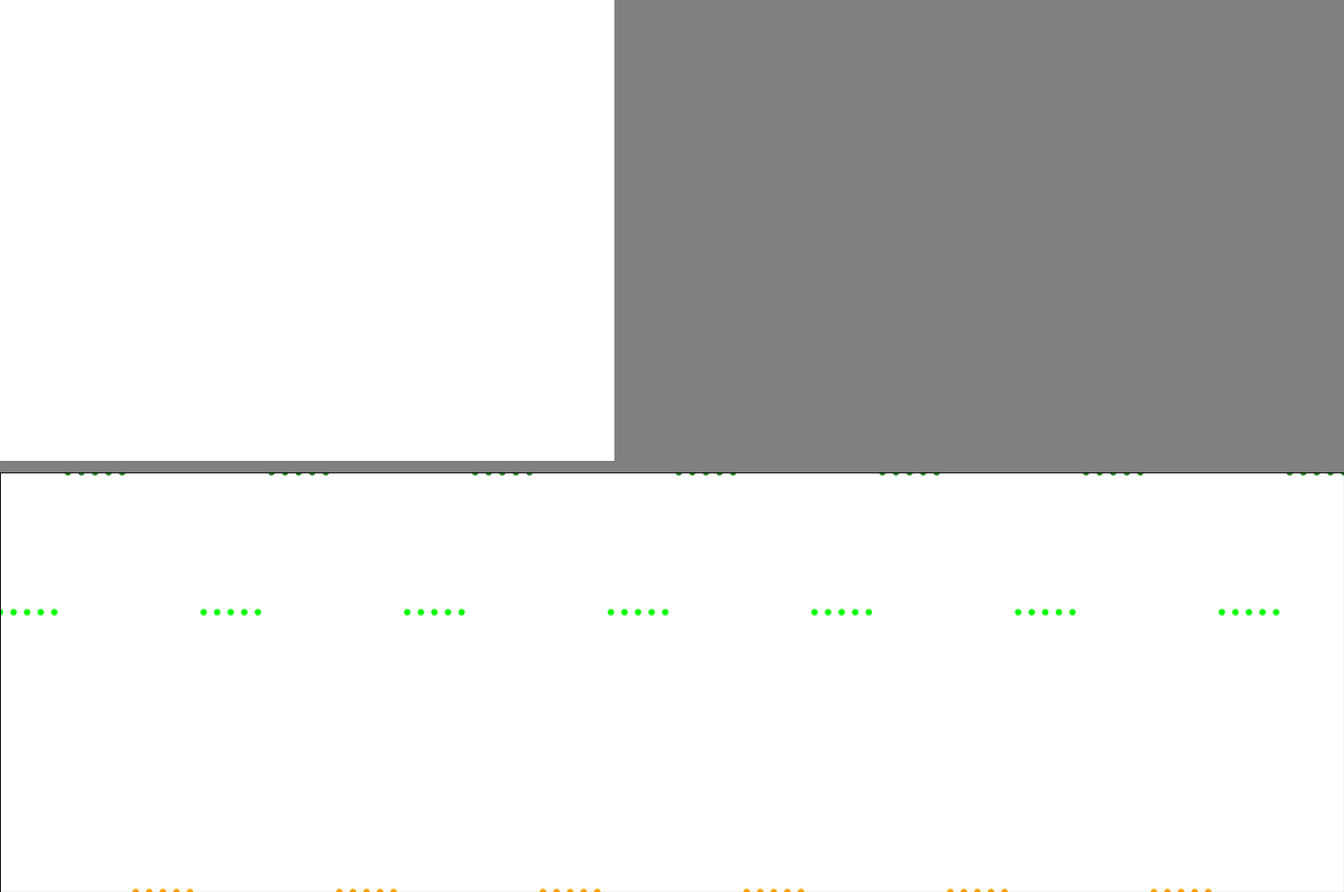
Repository: Carty-Bao/BNPHMM
Script's output: python code/synth.py
The author's editor kept a copy of each file at every save. The script's output is drawn from the files as they stood at one save, then again after the next save.
The pictures are shown at 96% of full size.
Each picture stacks the figures in order, with grey between them; figures that are only written to a file come last. Figures wider than 1,400 px are first shrunk to that width. Random numbers start from a fixed seed.

Above is the script's output before, as saved 2022-08-18 10:29:37.

After the next save:
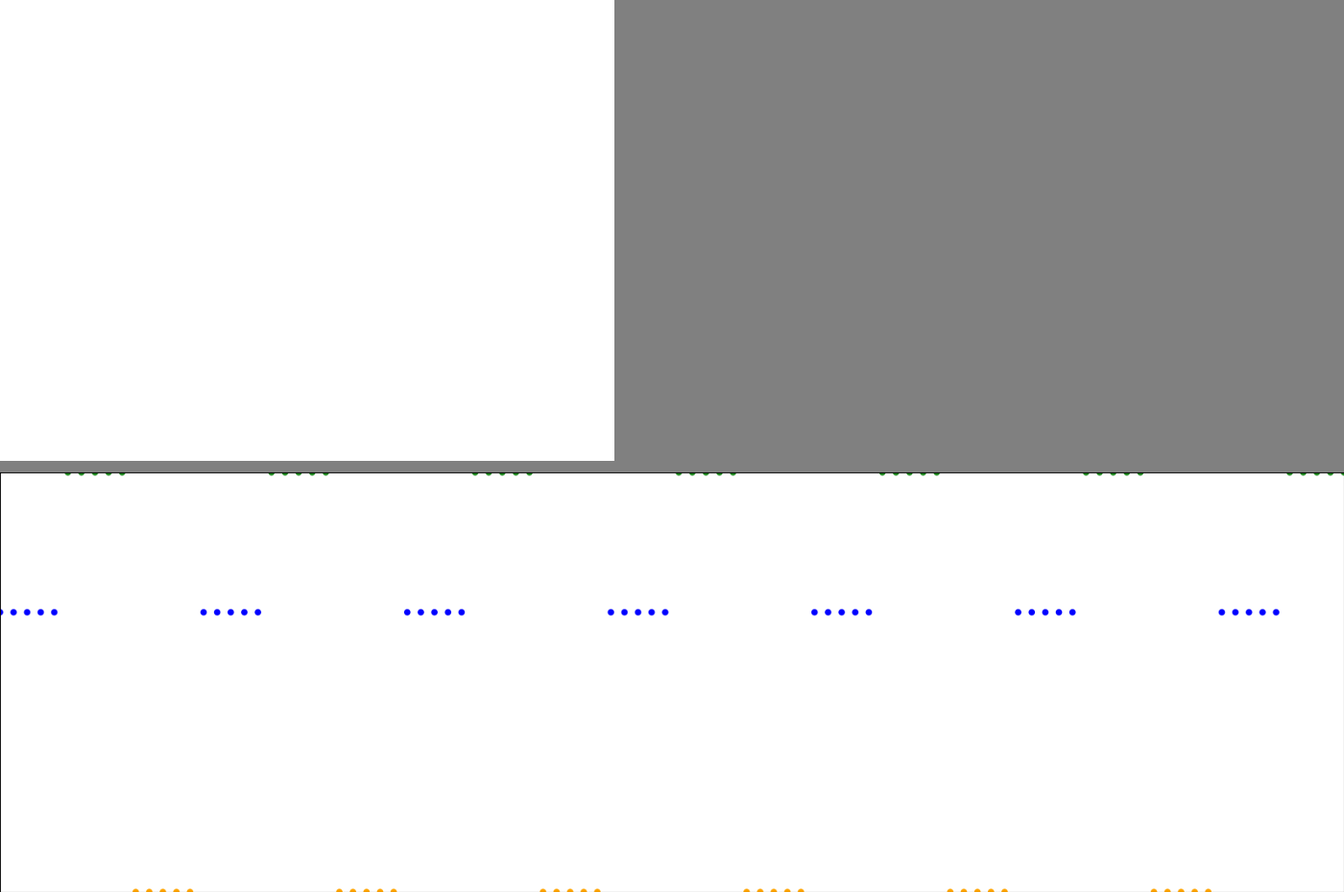
Saved 49 s later.
--- a/code/synth.py
+++ b/code/synth.py
@@ -268,7 +268,7 @@ if __name__=="__main__":
 
     #颜色赋值
     col = []
-    colors = ['#FF0000', '#FFA500', '#FFFF00', '#00FF00', '#228B22']
+    colors = ['#FF0000', '#FFA500', 'black', 'blue', '#228B22']
     for i in range(0, len(labels)):
         col.append(colors[int(labels[i])])
 
